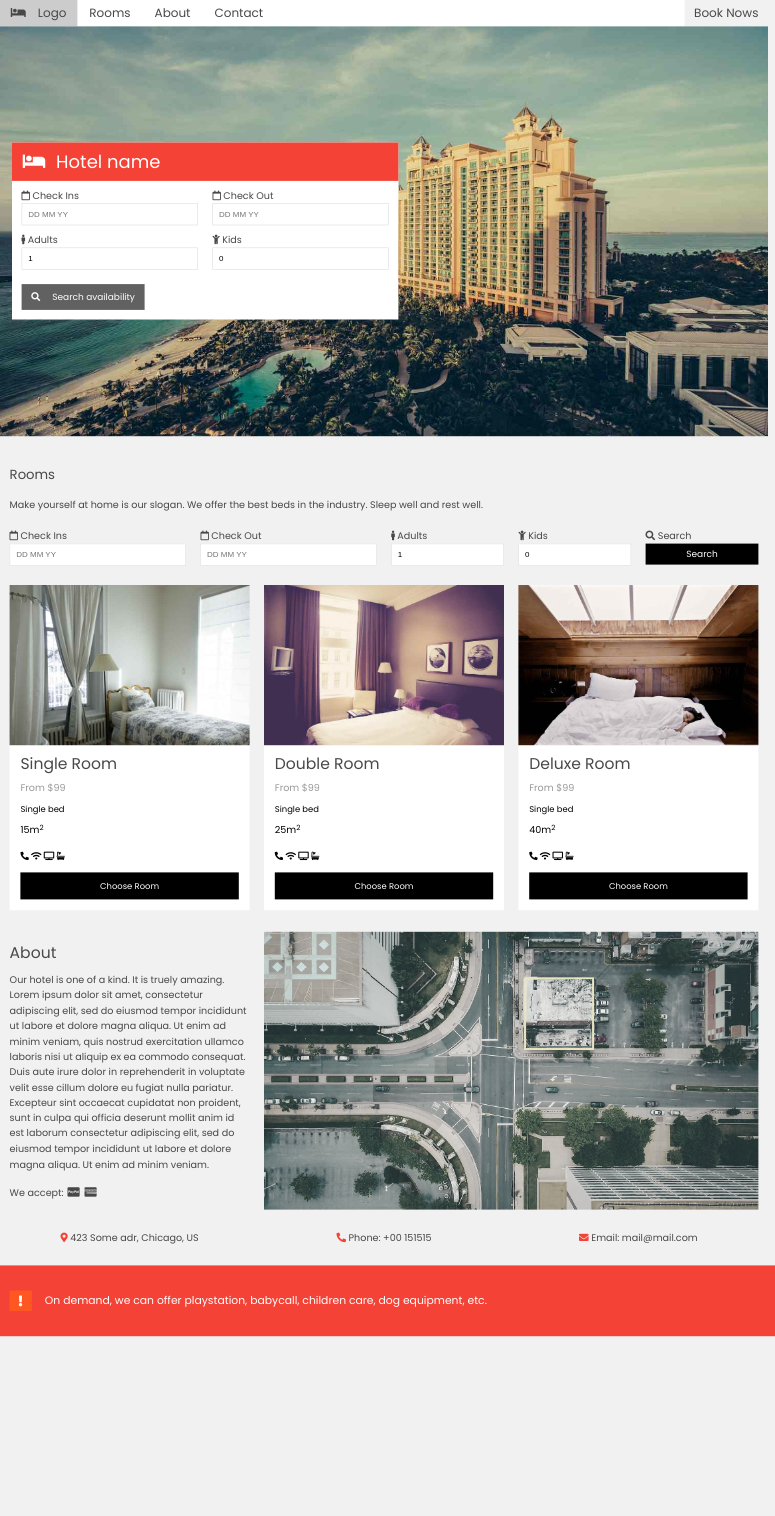
Repository: phamhuuloc/Travel_Template
Page: index.html
The author's editor kept a copy of each file at every save. The page is drawn from the files as they stood at one save, then again after the next save.
The browser window is 1280 px wide. The page is 1292 px wide, so the pictures cover 1292 px, including what lies to the right of the window. The pictures show the whole page, at 60% of full size.
The style sheet was rebuilt from its Sass, Less or Tailwind sources for each picture, by a compiler version that may differ from the author's.

Above is the page before, as saved 2021-09-18 10:54:23.

After the next save:
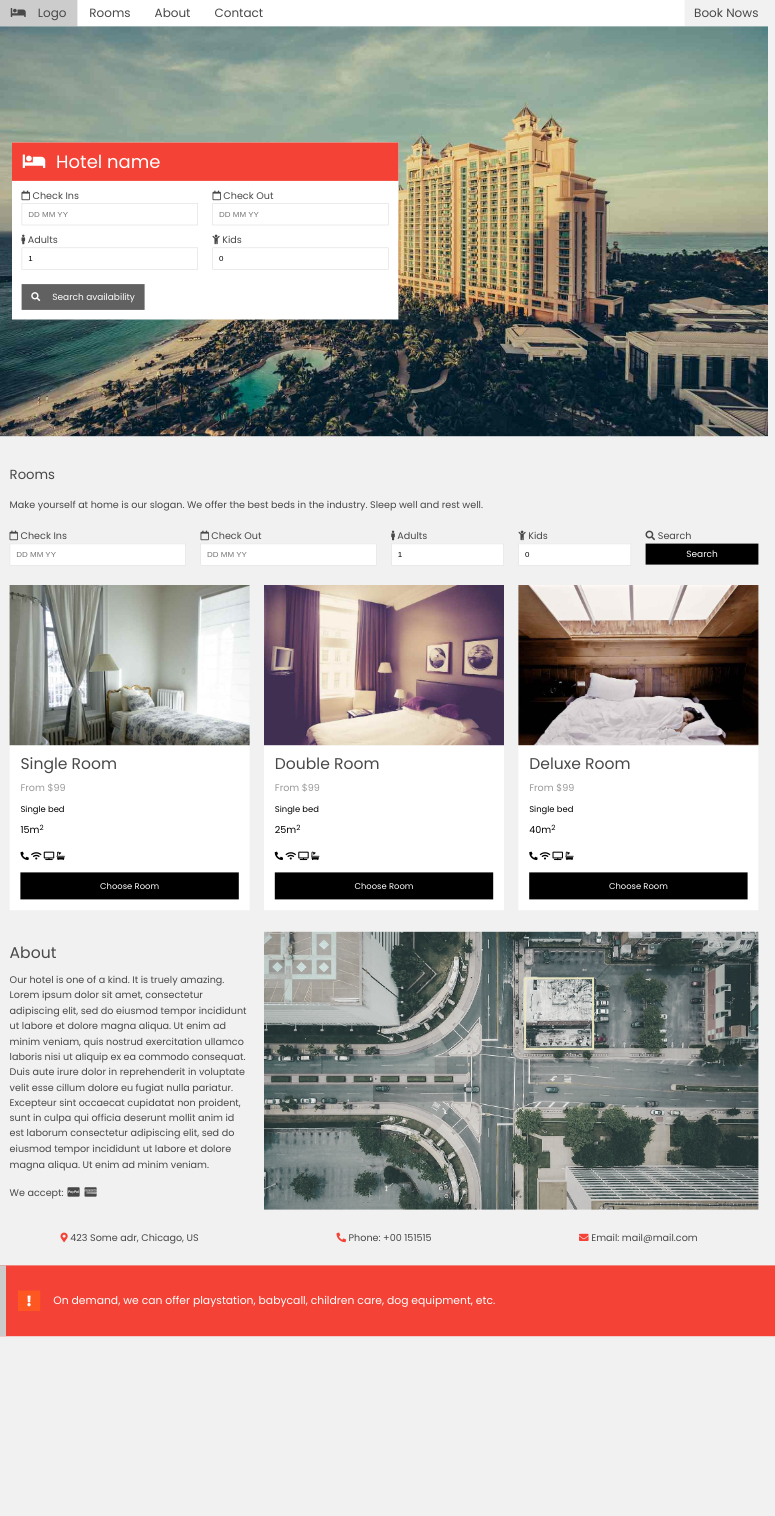
Saved 90 s later.
--- a/assets/main.scss
+++ b/assets/main.scss
@@ -274,7 +274,7 @@ sup {
 .demand {
   padding: 4.2rem 0 4.2rem 2rem;
   background-color: $primary-color;
-  border-left: 8px solid #ccc;
+  border-left: 2.2rem solid #ccc;
   font-size: 1.8rem;
   color: white;
   @include flex(center, none);
